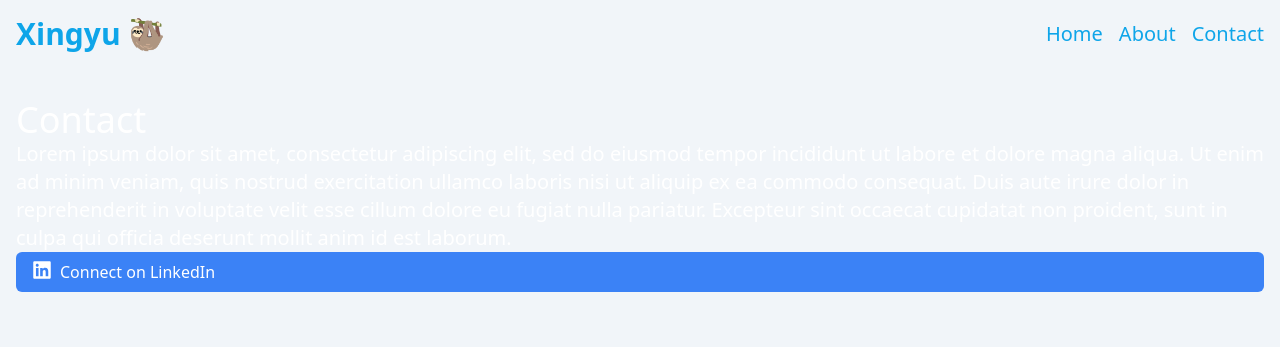
Repository: therealcyberlord/personal-portfolio
Page: /contact
An editor plug-in stored every save of this project. The page is shown before and after the next save, followed by the edit.
The browser window is 1280 px wide. The pictures show the whole page.
The project was rebuilt for these pictures with package versions that can differ from the ones it lists, and the page was loaded fresh each time. Also part of the build but not shown: vite.config.ts, src/components/Profile.tsx, src/pages/Home.tsx, src/pages/About.tsx.

Above is the page before, as saved 2023-07-24 21:15:00.

### src/App.tsx
import { BrowserRouter as Router, Routes, Route } from "react-router-dom";
import Home from "./pages/Home";
import About from "./pages/About";
import Contact from "./pages/Contact";
import Navbar from "./components/Nav";

function App() {
  return (
    <div className="w-screen h-screen bg-slate-100 dark:bg-slate-800">
      <Router>
        <Navbar />
        <Routes>
          <Route path="/" element={<Home />} />
          <Route path="/about" element={<About />} />
          <Route path="/contact" element={<Contact />} />
        </Routes>
      </Router>
    </div>
  );
}

export default App;

### src/pages/Contact.tsx
import { FaLinkedin } from "react-icons/fa"; // Import the LinkedIn icon from the react-icons library.

const Contact = () => {
  return (
    <div className="px-4 py-8">
      <h1 className="text-white text-4xl font-medium">Contact</h1>
      <p className="text-white text-xl">
        Lorem ipsum dolor sit amet, consectetur adipiscing elit, sed do eiusmod
        tempor incididunt ut labore et dolore magna aliqua. Ut enim ad minim
        veniam, quis nostrud exercitation ullamco laboris nisi ut aliquip ex ea
        commodo consequat. Duis aute irure dolor in reprehenderit in voluptate
        velit esse cillum dolore eu fugiat nulla pariatur. Excepteur sint
        occaecat cupidatat non proident, sunt in culpa qui officia deserunt
        mollit anim id est laborum.
      </p>
      <a
        href="https://www.linkedin.com/in/xingyu-bian-1734bb134/"
        target="_blank" // Open the link in a new tab/window.
        rel="noopener noreferrer" // Recommended for security reasons.
        className="flex  bg-blue-500 text-white py-2 px-4 rounded-md"
      >
        <FaLinkedin size={20} className="mr-2" />
        Connect on LinkedIn
      </a>
    </div>
  );
};

export default Contact;

### src/components/Nav.tsx
import { Link } from "react-router-dom";

const Navbar = () => {
  return (
    <nav className="p-4">
      <div className="flex justify-between items-center">
        <div className="text-sky-500 dark:text-sky-400 font-bold text-3xl">
          Xingyu 🦥
        </div>
        <ul className="flex space-x-4">
          <li>
            <Link
              to="/"
              className="text-sky-500 text-xl dark:text-sky-400 hover:text-blue-200 dark:hover:text-blue-200 transition duration-300"
            >
              Home
            </Link>
          </li>
          <li>
            <Link
              to="/about"
              className="text-sky-500 text-xl dark:text-sky-400 hover:text-blue-200 dark:hover:text-blue-200 transition duration-300"
            >
              About
            </Link>
          </li>
          <li>
            <Link
              to="/contact"
              className="text-sky-500 text-xl dark:text-sky-400 hover:text-blue-200 dark:hover:text-blue-200 transition duration-300"
            >
              Contact
            </Link>
          </li>
        </ul>
      </div>
    </nav>
  );
};

export default Navbar;

### tailwind.config.js
/** @type {import('tailwindcss').Config} */

export default {
  content: ["./index.html", "./src/**/*.{js,ts,jsx,tsx}"],
  theme: {
    extend: {
      colors: {
        primary: "#202225",
        secondary: "#5865f2",
      },
    },
  },
  plugins: [],
};

Loaded but not shown: src/main.tsx (common file); src/index.css (common file)

After the next save:
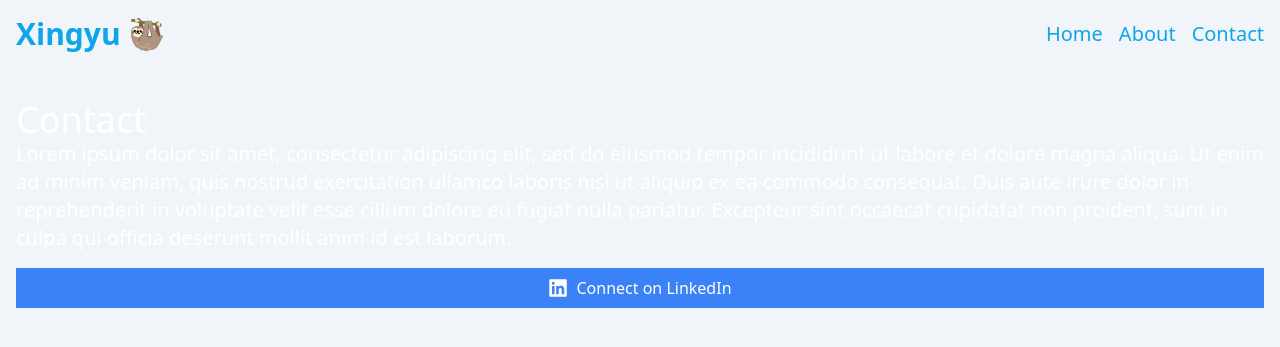
Saved 10 s later.
--- a/src/pages/Contact.tsx
+++ b/src/pages/Contact.tsx
@@ -17,7 +17,7 @@
         href="https://www.linkedin.com/in/xingyu-bian-1734bb134/"
         target="_blank" // Open the link in a new tab/window.
         rel="noopener noreferrer" // Recommended for security reasons.
-        className="flex  bg-blue-500 text-white py-2 px-4 rounded-md"
+        className="flex items-center justify-center mt-4 bg-blue-500 text-white py-2 px-4 "
       >
         <FaLinkedin size={20} className="mr-2" />
         Connect on LinkedIn
